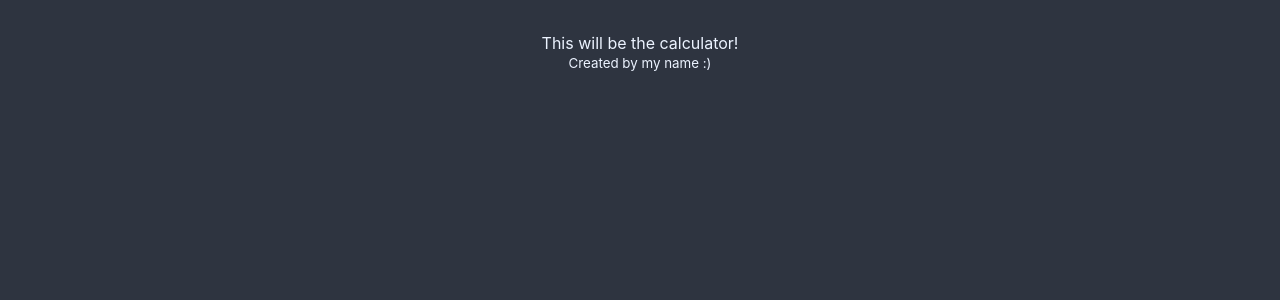
Repository: asing44/FCC
Page: / (app in Front-End-Projects/Calculator/)
An editor plug-in stored every save of this project. The page is shown before and after the next save, followed by the edit.
The browser window is 1280 px wide. The pictures show the whole page.
The project was rebuilt for these pictures with package versions that can differ from the ones it lists, and the page was loaded fresh each time. Also part of the build but not shown: Front-End-Projects/Calculator/vite.config.js.

Above is the page before, as saved 2024-10-04 18:19:35.

### Front-End-Projects/Calculator/src/assets/main.css
@import './base.css';

#app {
  margin: 0 auto;
  padding: 2rem;
  font-weight: normal;
}

.u-centerAlign {
  display: grid;
  justify-items: center;
}

### Front-End-Projects/Calculator/src/App.vue
<script setup>
  import Calculator from './Calculator.vue';
</script>

<template>
  <div class="u-centerAlign">
    <main>
      <Calculator />
    </main>
    <small>Created by my name :)</small>
  </div>
</template>

<style scoped>

</style>

### Front-End-Projects/Calculator/src/assets/base.css
:root {
  --Color-background: #2E3440;
  --Color-text: #ECF3FF;
}

*,
*::before,
*::after {
  box-sizing: border-box;
  margin: 0;
  font-weight: normal;
  transition: all 400ms ease;
}

body {
  min-height: 100vh;
  color: var(--Color-text);
  background: var(--Color-background);
  line-height: 1.4;
  font-family:
    Inter,
    -apple-system,
    BlinkMacSystemFont,
    'Segoe UI',
    Roboto,
    Oxygen,
    Ubuntu,
    Cantarell,
    'Fira Sans',
    'Droid Sans',
    'Helvetica Neue',
    sans-serif;
  font-size: 16px;
  text-rendering: optimizeLegibility;
  -webkit-font-smoothing: antialiased;
  -moz-osx-font-smoothing: grayscale;
}

### Front-End-Projects/Calculator/src/Calculator.vue
<script setup>

</script>

<template>
    <p>This will be the calculator!</p>
</template>

<style scoped>
    p {
        border: 1px red;
    }
</style>

Loaded but not shown: Front-End-Projects/Calculator/index.html (common file); Front-End-Projects/Calculator/src/main.js (common file)

After the next save:
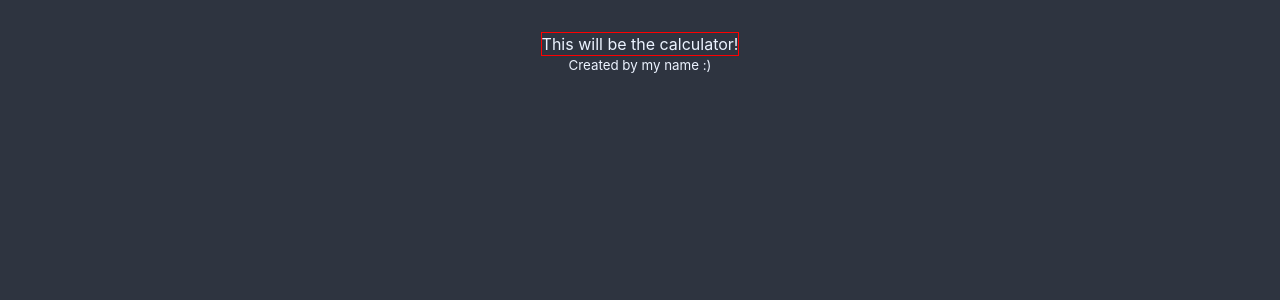
Saved 15 s later.
--- a/Front-End-Projects/Calculator/src/Calculator.vue
+++ b/Front-End-Projects/Calculator/src/Calculator.vue
@@ -8,6 +8,6 @@
 
 <style scoped>
     p {
-        border: 1px red;
+        border: 1px solid red;
     }
 </style>
